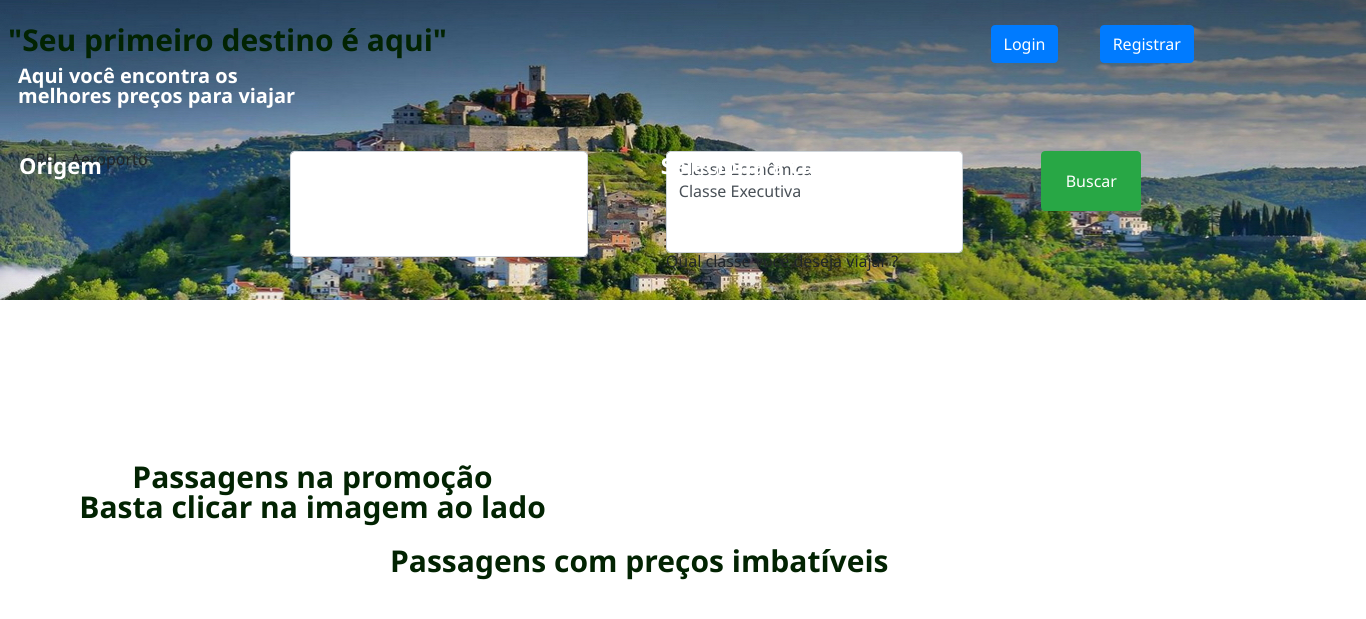
Repository: VictorFlay/Aplicacao-WEB
Page: http://localhost/ProjetoWeb/
These files come from the project's save history. The page is drawn as it stood at one moment and after the next save; the edit follows.
The browser window is 1280 px wide. The page is 1366 px wide, so the pictures cover 1366 px, including what lies to the right of the window. The pictures show the whole page.
After loading, the first visible `div.col-3` was clicked once.
Some web libraries are served in a nearby version. The page is served by Tomcat 9. Other server files are loaded and not shown. Queries for data that is not in the repository find no rows.

Above is the page before, as saved 2021-07-16 23:15:20.

### ProjetoWeb/WebContent/index.jsp
<%@page import="model.Usuario"%>
<%@page import="model.Localizacao"%>
<%@page import="model.Passagem"%>
<%@page import="model.LinhaAerea"%>
<%@page import="model.LinhaAerea"%>

<html lang="pt">
<head>

<!-- CSS -->
<link rel="stylesheet" type="text/css" href="css/design.css">

<!-- JQUEY e AJAX -->
<script src="https://cdnjs.cloudflare.com/ajax/libs/popper.js/1.12.9/umd/popper.min.js"></script>
<script src="https://code.jquery.com/jquery-3.2.1.slim.min.js"></script>
<script src="https://code.jquery.com/jquery-3.3.1.min.js"></script>

<!-- Bootstrap CSS -->
<script src="https://maxcdn.bootstrapcdn.com/bootstrap/4.0.0/js/bootstrap.min.js"></script>
<meta name="viewport" content="width=device-width, initial-scale=1, shrink-to-fit=no">
<link rel="stylesheet" href="https://maxcdn.bootstrapcdn.com/bootstrap/4.0.0/css/bootstrap.min.css">

<title>Agência</title>
<%
	String carousel = new Passagem().CarouselPromocao();
	String carouselcards = new Passagem().CarouselCards();
	String nome = (String) session.getAttribute("nome");
	String localizacao = new Localizacao().localizacoes();
	String nivelusuario = (String) session.getAttribute("nivelusuario");
	int converte = new Usuario().convert(nivelusuario);
%>
</head>
<body>

	<div class="container-fluid px-0">

		<!-- Imagem de fundo -->
		<div class="row">
			<div class="col-12 col-lg-12 center">
				<img src="img/menu.jpg" class="img-responsive"
					alt="Responsive image" id="imagem">
			</div>
		</div>

		<div class="row">
			<div class="col-8 col-lg-9 justify-content-between mt-4 ml-2"
				id="mensagem">"Seu primeiro destino é aqui"</div>

			<!-- Apenas o contéudo que o vistante tem acesso -->
			<%
				if (converte == 0) {
			%>
			<div class="col-1 col-lg-1 mt-4">
				<button type="button" class="btn btn-primary" data-toggle="modal"
					data-target="#login" data-whatever="@mdo">Login</button>
				<div class="modal fade" id="login" tabindex="-1" role="dialog"
					aria-labelledby="exampleModalLabel" aria-hidden="true">
					<div class="modal-dialog" role="document">
						<div class="modal-content">
							<div class="modal-header">
								<h5 class="modal-title" id="exampleModalLabel">Login</h5>
								<button type="button" class="close" data-dismiss="modal"
									aria-label="Close">
									<span aria-hidden="true">&times;</span>
								</button>
							</div>
							<div class="modal-body">
								<form method="POST" id="login-form">
									<div class="form-group">

										<!-- Exibe uma mensagem de erro na hora de logar  -->
										<div class="alert alert-danger center" role="alert"
											id="errologin"></div>
										<label for="login" class="col-form-label">Login:</label> <input
											type="text" class="form-control" id="username"
											name="username">
									</div>

									<div class="form-group">
										<label for="senha" class="col-form-label">Senha:</label> <input
											type="password" class="form-control" id="senha" name="senha">
									</div>

									<div class="modal-footer">
										<button type="button" class="btn btn-secondary"
											data-dismiss="modal">Fechar</button>
										<button type="submit" class="btn btn-primary">Entrar</button>
									</div>
								</form>
							</div>
						</div>
					</div>
				</div>
			</div>

			<!-- Registrar no sistema -->
			<div class="col-1 col-lg-1 mt-4">
				<button type="button" class="btn btn-primary" data-toggle="modal"
					data-target="#registrar" data-whatever="@mdo">Registrar</button>

				<div class="modal fade" id="registrar" tabindex="-1" role="dialog"
					aria-labelledby="exampleModalLabel" aria-hidden="true">
					<div class="modal-dialog" role="document">
						<div class="modal-content">
							<div class="modal-header">
								<h5 class="modal-title" id="exampleModalLabel">Registrar</h5>
								<button type="button" class="close" data-dismiss="modal"
									aria-label="Close">
									<span aria-hidden="true">&times;</span>
								</button>
							</div>
							<div class="modal-body">
								<form method="POST" id="register-form">
									<div class="alert alert-danger center" role="alert" id="erro">
										Nome ou Login já cadastrado!</div>
									<div class="form-group">
										<label for="nome" class="col-form-label">Nome
											Completo:</label> <input type="text" class="form-control" id="nome" name="nome" placeholder="Nome completo">
									</div>

									<div class="form-group">
										<label for="login" class="col-form-label">Login:</label>
										<input type="text" class="form-control" id="cxlogin" name="cxlogin" placeholder="Login">
									</div>

									<div class="form-group">
										<label for="senha" class="col-form-label">Senha:</label> <input
											type="password" class="form-control" id="cxsenha" name="cxsenha" placeholder="Senha">
									</div>

									<div class="form-row">
										<div class="form-group col-md-6">
											<label for="telefone" class="col-form-label">Telefone:</label>
											<input type="text" class="form-control" id="telefone" placeholder="Digite seu telefone..." name="telefone">
										</div>

										<div class="form-group col-md-3 ml-4">
											<label for="estado" class="col-form-label">Estado</label> <select
												id="estado" class="form-control">
												<option value="AC" selected>AC</option>
												<option value="AL">AL</option>
												<option value="AP">AP</option>
												<option value="AM">AM</option>
												<option value="BA">BA</option>
												<option value="CE">CE</option>
												<option value="ES">ES</option>
												<option value="GO">GO</option>
												<option value="MA">MA</option>
												<option value="MT">MT</option>
												<option value="MS">MS</option>
												<option value="MG">MG</option>
												<option value="PA">PA</option>
												<option value="PB">PB</option>
												<option value="PR">PR</option>
												<option value="PE">PE</option>
												<option value="PI">PI</option>
												<option value="RJ">RJ</option>
												<option value="RN">RN</option>
												<option value="RS">RS</option>
												<option value="RO">RO</option>
												<option value="RR">RR</option>
												<option value="SC">SC</option>
												<option value="SP">SP</option>
												<option value="SE">SE</option>
												<option value="TO">TO</option>
												<option value="DF">DF</option>
											</select>
										</div>
									</div>

									<div class="modal-footer">
										<button type="button" class="btn btn-secondary"
											data-dismiss="modal">Fechar</button>
										<button type="submit" class="btn btn-primary">Entrar</button>
									</div>
								</form>
							</div>
						</div>
					</div>
				</div>
			</div>

			<!-- Nível Usuário -->
			<% }else if (converte == 1) { %>

			<!-- Menu do usuário -->
			<div class="col-1 col-lg-1 mt-4 ml-4">
				<div class="dropdown">
					<a class="btn btn-secondary dropdown-toggle" href="#" role="button"
						id="dropdownMenuLink" data-toggle="dropdown" aria-haspopup="true"
						aria-expanded="false"> Perfil </a>
					<div class="dropdown-menu" aria-labelledby="dropdownMenuLink">
						<a class="dropdown-item" href="historico.jsp">Histórico</a>
					</div>

				</div>
			</div>

			<!-- Deslogar -->
			<div class="col-1 col-lg-1 mt-4 ml-4">
				<a href="deslogar.jsp?pag=1">
					<button type="button" class="btn btn-primary">Deslogar</button>
				</a>
			</div>
		</div>

		<!-- Nível ADM -->
		<% } else { %>

		<!-- Menu do administrador -->
		<div class="col-1 col-lg-1 mt-4 ml-2">
			<div class="dropdown">
				<a class="btn btn-secondary dropdown-toggle" href="#" role="button"
					id="dropdownMenuLink" data-toggle="dropdown" aria-haspopup="true"
					aria-expanded="false"> ADM </a>

				<div class="dropdown-menu" aria-labelledby="dropdownMenuLink">
					<a class="dropdown-item" href="adicionarlocalizacao.jsp">Localização</a>
					<a class="dropdown-item" href="adicionarpassagem.jsp">Passagem</a>
					<a class="dropdown-item" href="adicionarlinha.jsp">Companhia Aérea</a>
					<a class="dropdown-item" href="usuariomenu.jsp">Usuário</a>
				</div>
			</div>
		</div>

		<!-- Deslogar do sistema -->
		<div class="col-1 col-lg-1 mt-4 ml-4">
			<a href="deslogar.jsp?pag=1">
				<button type="button" class="btn btn-primary">Deslogar</button>
			</a>
		</div>

	<%}%>

	</div>

	<div class="row">
		<div class="col-12 col-lg-3 ml-2" id="mensagem2">
			Aqui você encontra os melhores preços para viajar
		</div>
	</div>

	<form method="POST" id="buscar-form">
		<div class="row mt-4">
			<div class="col-2 col-lg-2 aeroporto mt-4 ml-4">
				<div class="jss30">
					<p>Origem</p>
				</div>
				<div class="jss35">GRU - Aeroporto</div>
			</div>

			<div class="col-3 col-lg-3 buscarlocalizacao mt-4 ml-5">
				<%
					out.print(localizacao);
				%>
				<div class="jss30">
					<p>Buscar Localização</p>
				</div>
				<div class="jss31">Qual país você deseja viajar ?</div>
			</div>

			<div class="col-3 col-lg-3 classe mt-4 ml-5">
				<select multiple class="form-control buscarclasse">
					<option value="1" class="jss32">Classe Econômica</option>
					<option value="2" class="jss32">Classe Executiva</option>
				</select>

				<div class="jss30">
					<p>Seleciona a classe</p>
				</div>
				<div class="jss33">
					Qual classe você deseja viajar ?
				</div>

			</div>

			<div class="col-1 col-lg-1 mt-4 ml-5">
				<button type="submit" class="btn btn-success buscarlinha">Buscar</button>
			</div>

		</div>
	</form>

	<!-- Mensagem de erro na tela na hora de efetuar uma busca -->
	<div class="row justify-content-center mt-5" id="errobuscalinha">
		<div class="col-3 text-center" id="errobusca"></div>
	</div>


	<div class="row mt-5">
		<div class="col-6 col-lg-6 jss37 mt-5" id="titulo">
			<div class="row justify-content-center mt-5" id="mensagem">
				Passagens na promoção
			</div>

			<div class="row justify-content-center" id="mensagem">Basta
				clicar na imagem ao lado
			</div>
		</div>

		<div class="col-6 col-lg-5 mt-5">
			<%
				out.print(carousel);
			%>
		</div>

	</div>

	<div class="row">
		<div class="col-12 col-lg-12 ">
			<div class="mx-auto msg mt-4" style="width: 500px;">Passagens
				com preços imbatíveis</div>
		</div>
	</div>


	<div class="row mt-4">
		<div class="col-sm-12">
			<% out.print(carouselcards); %>
		</div>
	</div>

	<script type="text/javascript" src="js/script.js"></script>

</body>
</html>

### ProjetoWeb/src/database/DBConnection.java
package database;


import java.lang.reflect.InvocationTargetException;
import java.sql.Connection;
import java.sql.DriverManager;
import java.sql.SQLException;

public class DBConnection {

	private String host;
	private String port;
	private String schema;
	private String user;
	private String password;

	private Connection connection = null;

	public DBConnection(String host, String port, String schema, String user, String password) {
		this.setHost(host);
		this.setPort(port);
		this.setSchema(schema);
		this.setUser(user);
		this.setPassword(password);
		this.doConnection();
	}

	public DBConnection() {
		this.setHost	("localhost");
		this.setPort	("3306");
		this.setSchema	("agencia");
		this.setUser	("root");
		this.setPassword("");
		this.doConnection();
	}

	private void doConnection() {
		String timezone = "&useTimezone=true&serverTimezone=UTC";// use o &useTimezone=true&serverTimezone=UTC para não ter problemas de data;
		String url = "jdbc:mysql://"+this.host+":"+port+"/"+this.schema+"?user="+this.user+"&password="+this.password+timezone;
		try {
			// Class.forName("com.mysql.jdbc.Driver").newInstance();
			// A linha acima foi depreciada após o mysql 8.0
			// A partir do mysql-connector-java-8.0.17.jar utilize as duas linhas abaixo
			Class.forName("com.mysql.cj.jdbc.Driver").getConstructor().newInstance();
			DriverManager.registerDriver(new com.mysql.cj.jdbc.Driver());
			this.connection = DriverManager.getConnection(url);
		} catch (InstantiationException e){
			e.printStackTrace();
		} catch (IllegalAccessException e){
			e.printStackTrace();
		} catch (ClassNotFoundException e) {
			e.printStackTrace();
		} catch (SQLException e) {
			e.printStackTrace();
		}catch (IllegalArgumentException e) {
			e.printStackTrace();
		} catch (InvocationTargetException e) {
			e.printStackTrace();
		} catch (NoSuchMethodException e) {
			e.printStackTrace();
		} catch (SecurityException e) {
			e.printStackTrace();
		}
	}

	public String getHost() {
		return host;
	}

	public void setHost(String host) {
		this.host = ( host.isEmpty() ? "localhost" : host ) ;
	}

	public String getPort() {
		return port;
	}

	public void setPort(String port) {
		this.port = ( port.isEmpty() ? "3306" : port ) ;
	}

	public String getSchema() {
		return schema;
	}

	public void setSchema(String schema) {
		this.schema = schema;
	}

	public String getUser() {
		return user;
	}

	public void setUser(String user) {
		this.user = user;
	}

	public String getPassword() {
		return password;
	}

	public void setPassword(String password) {
		this.password = password;
	}

	public Connection getConnection() {
		return (this.connection);
	}

}

### ProjetoWeb/WebContent/css/design.css
.form-group {
    margin-right: -10px;
}

#barra{
    width: 200px;
    height: 50px;
    border: 1px solid;
    border-radius: 15px;
    position: absolute;
    z-index: 0;
    background-color: white;
    opacity: 0.19;
    font-weight: bold;
    top: 0px;
}

#errologin{
	display:none;
}

.buscarloca{
	visibility: hidden;
}

#erro{
	display:none;
	}


#origem{
    width: 200px;
    height: 50px;
    border: 1px solid;
    border-radius: 15px;
    z-index: 0;
    background-color: white;
    background: rgba(0, 0, 0, 0.19);
    font-weight: bold;
    top: 0px;

}

#buscarlocalizacao{
    width: 300px;
    height: 60px;
    border: 1px solid;
    border-radius: 15px;
    z-index: 0;
    background-color: white;
    background: rgba(0, 0, 0, 0.19);
    font-weight: bold;
    top: 0px;

}

#classe{
    width: 300px;
    height: 60px;
    border: 1px solid;
    border-radius: 15px;
    z-index: 0;
    background-color: white;
    background: rgba(0, 0, 0, 0.19);
    font-weight: bold;
    top: 0px;

}

.buscarlinha{
	width: 100px;
    height: 60px;
    border: 1px solid;
    border-radius: 15px;
    z-index: 0;
    background-color: white;
    background: rgba(0, 0, 0, 0.19);
    font-weight: bold;
    top: 0px;
}


#destino{
    width: 200px;
    height: 50px;
    border: 1px solid;
    border-radius: 15px;
    z-index: 0;
    background-color: white;
    background: rgba(0, 0, 0, 0.19);
    font-weight: bold;
    top: 0px;

}

#calendario{
    width: 200px;
    height: 50px;
    border: 1px solid;
    border-radius: 15px;
    z-index: 0;
    background-color: white;
    background: rgba(0, 0, 0, 0.19);
    font-weight: bold;
    top: 0px;

}

#iconecalendario{
    top: 12px;
    position: absolute;
}

#passageiro{
    width: 250px;
    height: 50px;
    border: 1px solid;
    border-radius: 15px;
    z-index: 0;
    background-color: white;
    background: rgba(0, 0, 0, 0.19);
    font-weight: bold;
    top: 0px;
}

#mensagem{
    color: rgb(2, 35, 2);
    z-index: 3;
    font-weight: bold;
    font-size: 30px;
    white-space: nowrap;
}

#mensagem2{
    color: white;

    z-index: 3;
    font-weight: bold;
    font-size: 20px;
    left: 10px;
    top: 3px;
    display: block;
    opacity: 1;
}

#radios{
    color: white;
    font-size: 17px;
    font-weight: bold;
    white-space: nowrap;
}

#radio1{
    width: 20px;
    height: 20px;
    color: green;
}


#corpo{
    position: absolute;
    top: 325px;
}

#corpo2{
	position: relative;
	top: 580px;

}


#barrapassageiro2{
    width: 300px;
    height: 350px;
    left: 695px;
    border: 1px solid;
    border-radius: 15px;
    position: absolute;
    z-index: 0;
    background-color: white;
    top: 0px;
    font-weight: bold;
}

.quartabarra{
    cursor: pointer;
}



.barrapassageiroescondido{
    z-index: 3;
    user-select:none;
    top: 0px;
}

#perfil{

    top: 3px;
    position: absolute;
}

#txt{
    position: absolute;
    z-index: 1;
}


#aviao{
    left: 190px;
    top:5px;
    position: absolute;
    z-index: 1;
}



.origem{
    width: 500px;
    height: 50px;
    border: 1px solid;
    border-radius: 10px;
    position: absolute;
    z-index: 3;
    background-color: white;
    visibility: hidden;
    top: 0px;
}

.buscar{
    width: 120px;
    height: 50px;
    left: 975px;

    border-color: grey;
    border-radius: 10px;
    position: absolute;
    z-index: 3;
    background-color: #30503A;
    top: 0px;
}

.buscarvoo{
    color: white;
    position: absolute;

    z-index: 1;
    font-weight: bold;
    font-size: 15px;
    left: 20px;
    top: 16px;
}

* {
    margin: 0;
    padding: 0;
    border: 0;
    outline: none;
    list-style: none;
    text-decoration: none;
    font-family: segoe ui, helvetica neue, helvetica, arial, sans-serif;
    line-height: 1;
  }

  body {
    font-size: 16px;
  }




.jss1{
    color: white;
    position: absolute;
    z-index: 3;
    font-weight: bold;
    font-size: 20px;
    left: 10px;
    top: 3px;
    display: block;
    opacity: 1;
}

.jss2{
    color: white;
    position: absolute;
    z-index: 1000;
    font-size: 13px;
    left: 10px;
    top: 30px;
    opacity: 0.70;
    white-space: nowrap;
}

.jss3{
    color: white;
    position: absolute;
    z-index: 1;
    font-weight: bold;
    font-size: 20px;
    top: 3px;
}

.jss4{
    color: white;
    position: absolute;
    z-index: 1;
    font-size: 13px;
    top: 30px;
    opacity: 0.70;
}

.jss5{
    color: white;
    position: absolute;
    z-index: 1;
    font-size: 13px;
    left: 60px;
    top: 18px;
    opacity: 0.70;
}

.jss6{
    color: white;
    position: absolute;
    z-index: 1;
    font-size: 13px;
    left: 60px;
    top: 18px;
    opacity: 0.70;
}

.jss7{
    color: black;
    position: absolute;
    z-index: 1;
    font-size: 13px;
    left: 740px;
    top: 18px;

}

hr.jss8{
    border-top: 1px solid grey;
    position: absolute;
    z-index: 1;
    width: 240px;
    top: 31px;
    left: 725px;
}

hr.jss14{
    border-top: 1px solid grey;
    position: absolute;
    z-index: 1;
    width: 240px;
    top: 180px;
    left: 725px;
}

.jss9{
    color: black;
    position: absolute;
    z-index: 1;
    font-size: 11px;
    left: 710px;
    top: 60px;
    font-weight: bold;
}

.jss10{
    color: black;
    position: absolute;
    z-index: 1;
    font-size: 20px;
    left: 710px;
    top: 80px;
    font-weight: bold;
}

.jss11{
    color: black;
    position: absolute;
    z-index: 1;
    font-size: 15px;
    left: 710px;
    top: 105px;

}

.jss12{
    color: black;
    position: absolute;
    z-index: 1;
    font-size: 20px;
    left: 710px;
    top: 140px;
    font-weight: bold;
}

.jss13{
    color: black;
    position: absolute;
    z-index: 1;
    font-size: 15px;
    left: 710px;
    top: 165px;
}

.jss15{
    color: black;
    position: absolute;
    z-index: 1;
    font-size: 11px;
    left: 710px;
    top: 210px;
    font-weight: bold;
}

.jss16{
    width: 125px;
    height: 50px;
    background-color: cornflowerblue;
    position: absolute;
    left: 710px;
    top: 235px;
    border-radius: 10px;
    color: black;
    border: 1px solid;
    border-color: grey;
    -webkit-box-sizing: border-box;
    -moz-box-sizing: border-box;
    box-sizing: border-box;
    -webkit-appearance: none;
    -moz-appearance: none;
    appearance: none;
    cursor: pointer;
}



.jss17{
    width: 125px;
    height: 50px;
    position: absolute;
    left: 855px;
    top: 235px;
    border-radius: 10px;
    color: black;
    border: 1px solid;
    border-color: grey;
    -webkit-box-sizing: border-box;
    -moz-box-sizing: border-box;
    box-sizing: border-box;
    -webkit-appearance: none;
    -moz-appearance: none;
    appearance: none;
    cursor: pointer;

}

.jss18{
    color: black;
    position: absolute;
    z-index: 2;
    font-size: 12px;
    left: 722px;
    top: 253px;
    font-weight: bold;
    cursor: pointer;
    user-select:none;
}

.jss19{
    color: black;
    position: absolute;
    z-index: 2;
    font-size: 12px;
    left: 872px;
    top: 253px;
    font-weight: bold;
    cursor: pointer;
    user-select:none;
}

.jss20{
    color: grey;
    position: absolute;
    z-index: 2;
    font-size: 15px;
    left: 810px;
    top: 300px;
    font-weight: bold;

}

.jss21{
    left: 880px;
    top: 85px;
    font-weight: bold;
    position: absolute;

}

.jss22{
    left: 941px;
    top: 85px;
    font-weight: bold;
    position: absolute;
    cursor: pointer;
}

.jss23{
    left: 919px;
    top: 86px;
    position: absolute;
    font-size: 25px;
    font-weight: bold;
    font-family: arial;
    color:black;
    width: 15px;
    user-select:none;
}

.jss25{
    left: 880px;
    top: 145px;
    font-weight: bold;
    position: absolute;
}

.jss26{
    left: 941px;
    top: 145px;
    font-weight: bold;
    position: absolute;
}



.jss28{
    left: 919px;
    top: 146px;
    position: absolute;
    font-size: 25px;
    font-weight: bold;
    font-family: arial;
    color:black;
    width: 15px;
    user-select:none;
}

.jss29{
    color: white;
    font-size: 17px;
    font-weight: bold;
    white-space: nowrap;
}


.jss30{
    color: white;
    position: absolute;
    z-index: 3;
    font-weight: bold;
    font-size: 22px;
    left: 10px;
    top: 3px;
    display: block;
    opacity: 1;
    white-space: nowrap;
}

.jss31{
    color: white;
    position: absolute;
    z-index: 1000;
    font-size: 15px;
    left: 10px;
    top: 30px;
    opacity: 0.70;
    white-space: nowrap;
}



#aumentardiminuir{
    top: 600px;

    width: 10px;
    height: 10px;
    position: absolute;
    left: 100px;
}

#testar{
	position: absolute;
}

.corpo{
	width: 1366px;
	height: 900px;
	border: 1px solid;
	position: relative;
	top: 300px;
}


.container{
    margin: 0 auto;
}

#logo{
    width: 100%;
}






.msg{
    color: rgb(2, 35, 2);
    z-index: 3;
    font-weight: bold;
    font-size: 30px;
}


#imagem{
    position: absolute;
    width: 1366px;
}

#aviaofundo{
	position: absolute;
	height: 350px;
	widht: 100%;
}

#aviaopequeno{
	width: 50px;
	height: 50px;
}

.card-img-top {
    width: 100%;
    height: 15vw;
    object-fit: cover;
}

@media only screen and (max-width: 1366px) and (min-width: 769px){
	.dr{
	left: 140px;
	}
}

@media only screen and (max-width: 991px) and (min-width: 540px){
	.dr{
	left: 90px;
	}

	#aviaofundo{
		position: absolute;
		height: 350px;
		width: 100%;
	}
}

#card{
	border-radius: 13px;
	border-color: grey;
	widht: 18rem;
}

Loaded but not shown: ProjetoWeb/WebContent/js/script.js (268 lines, source omitted); ProjetoWeb/src/model/Passagem.java (306 lines, source omitted); ProjetoWeb/src/model/Localizacao.java (212 lines, source omitted); ProjetoWeb/src/model/Usuario.java (259 lines, source omitted)

After the next save:
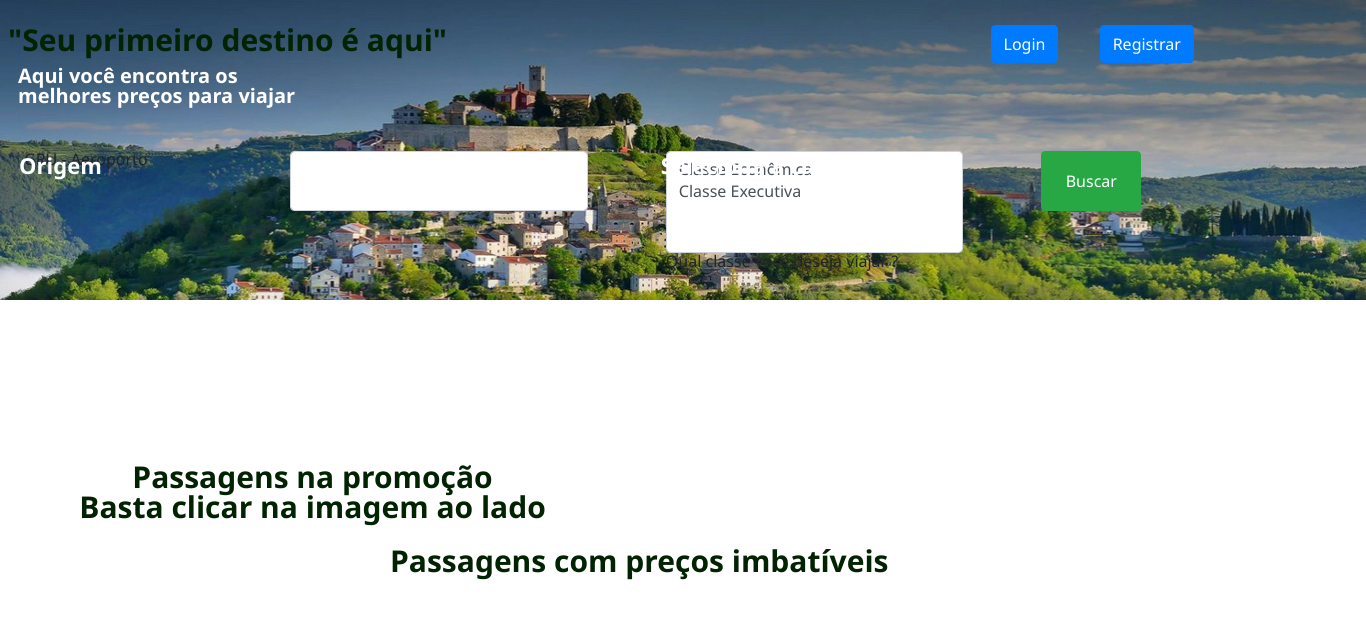
Saved 2 min 34 s later.
--- a/ProjetoWeb/WebContent/css/design.css
+++ b/ProjetoWeb/WebContent/css/design.css
@@ -20,6 +20,15 @@
 }
 
 .buscarloca{
+	    width: 300px;
+    height: 60px;
+    border: 1px solid;
+    border-radius: 15px;
+    z-index: 0;
+    background-color: white;
+    background: rgba(0, 0, 0, 0.19);
+    font-weight: bold;
+    top: 0px;
 	visibility: hidden;
 }
 
